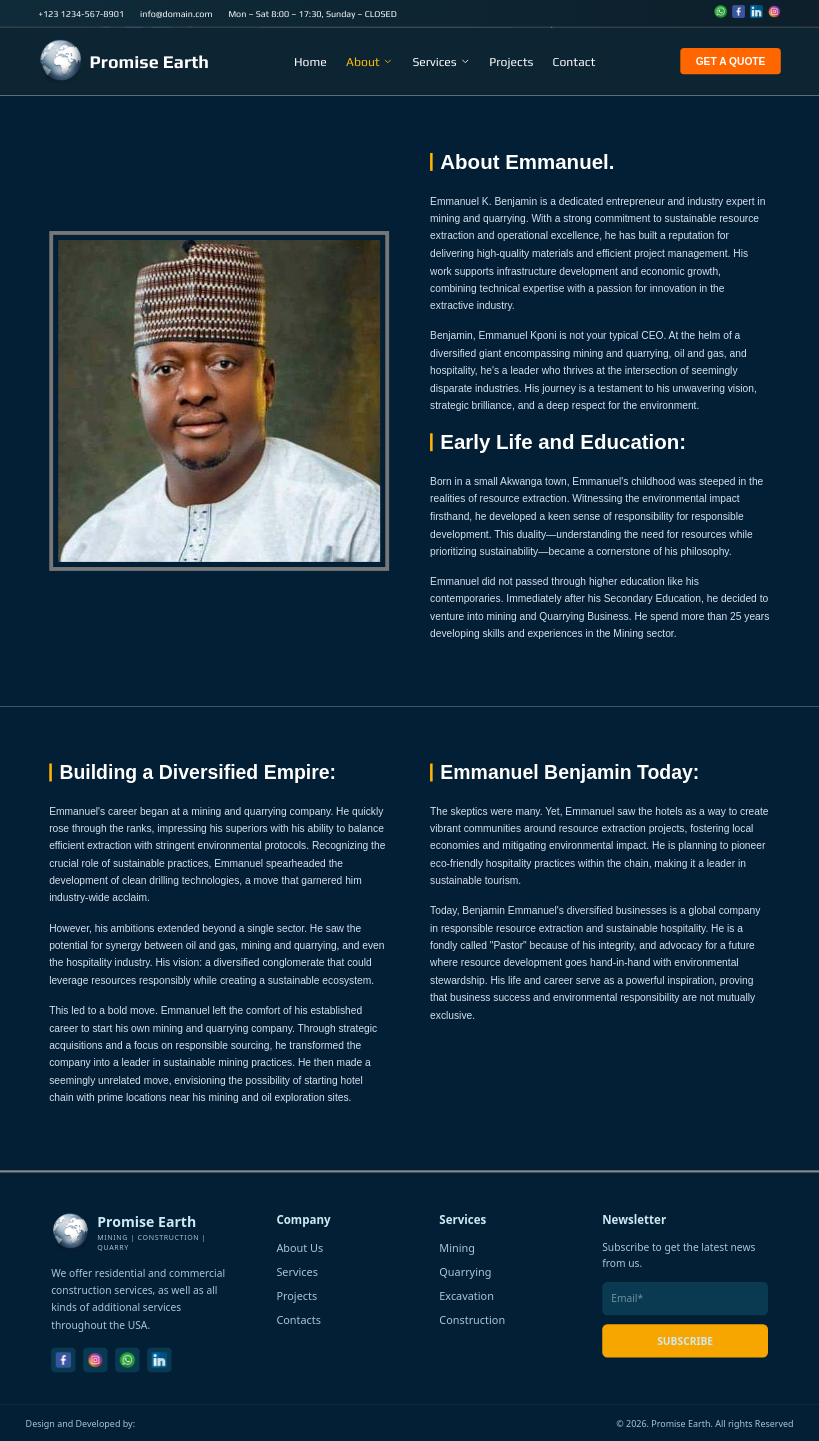
Repository: KC-Minchakpu/promise-earth
Page: /Emmanuel
The author's editor kept a copy of each file at every save. The page is drawn from the files as they stood at one save, then again after the next save.
The browser window is 1280 px wide. The pictures show the whole page, at 64% of full size.
The project was rebuilt for these pictures with package versions that can differ from the ones it lists, and the page was loaded fresh each time. The framework's server and built-in components were replaced by stand-ins that run in the browser. Also part of the build but not shown: next.config.ts.

Above is the page before, as saved 2026-02-27 20:24:39.

### src/app/layout.tsx
import type { Metadata } from "next";
import { Play, Poppins } from "next/font/google";
import "./globals.css";
import Header from "@/components/Header/Header";
import Footer from "@/components/Footer/Footer";

const play = Play({
  variable: "--font-play",
  subsets: ["latin"],
  weight: ["400", "700"],
});

const poppins = Poppins({
  variable: "--font-poppins",
  subsets: ["latin"],
  weight: ["300", "400", "500", "600", "700"],
});

export const metadata: Metadata = {
  title: "Promise Earth | Home",
  description: "Promise Earth is a construction company that delivers high-quality projects with expertise and dedication.",
};

export default function RootLayout({
  children,
}: Readonly<{
  children: React.ReactNode;
}>) {
  return (
    <html lang="en">
      <body
        className={`${play.variable} ${poppins.variable} antialiased`}
      >
        <Header />
        {children}
        <Footer />
      </body>
    </html>
  );
}

### src/app/Emmanuel/page.tsx
import AboutEmmanuel from "@/components/About/AboutEmmanuel";
import AboutEmmanuel2 from "@/components/About/AboutEmmanuel2";

export default function EmmanuelPage() {
  return (
    <>
      <AboutEmmanuel />
      <AboutEmmanuel2 />
    </>
  );
}

### src/app/globals.css
@import "tailwindcss";

:root {
  --background: #ffffff;
  --foreground: #171717;
}


@media (prefers-color-scheme: dark) {
  :root {
    --background: #0a0a0a;
    --foreground: #ededed;
  }
}

body {
  background: var(--background);
  color: var(--foreground);
  font-family: Arial, Helvetica, sans-serif;
}

### src/components/Footer/Footer.tsx
// Footer.tsx
import styles from "./Footer.module.css";
import Link from "next/link";
import Image from "next/image";

export default function Footer() {
  return (
    <footer className={styles.footer}>
      <div className={styles.container}>
        {/* Column 1 */}
        <div className={styles.colBrand}>
          <div className={styles.logoRow}>
            <Image
            src="/images/globe.png"
            alt="Promise Earth logo"
            width={60}
            height={60}
            className={styles.logoImage}
            priority
            />
            <div>
              <div className={styles.brand}>Promise Earth</div>
              <div className={styles.subBrand}>MINING | CONSTRUCTION | QUARRY</div>
            </div>
          </div>

          <p className={styles.desc}>
            We offer residential and commercial construction services, as well
            as all kinds of additional services throughout the USA.
          </p>

          <div className={styles.socials}>
      <a
        href="https://www.facebook.com/yourpage"
        target="_blank"
        rel="noopener noreferrer"
        aria-label="Facebook"
        className={styles.social}
      >
        <Image
          src="/icons/facebook.png"
          alt="Facebook"
          width={24}
          height={24}
        />
      </a>

      <a
        href="https://www.instagram.com/yourpage"
        target="_blank"
        rel="noopener noreferrer"
        aria-label="Instagram"
        className={styles.social}
      >
        <Image
          src="/icons/instagram.png"
          alt="Instagram"
          width={24}
          height={24}
        />
      </a>

      <a
        href="https://whatsapp.com/yourpage"
        target="_blank"
        rel="noopener noreferrer"
        aria-label="WhatsApp"
        className={styles.social}
      >
        <Image
          src="/icons/whatsapp.png"
          alt="WhatsApp"
          width={24}
          height={24}
        />
      </a>

      <a
        href="https://www.linkedin.com/@yourchannel"
        target="_blank"
        rel="noopener noreferrer"
        aria-label="LinkedIn"
        className={styles.social}
      >
        <Image
          src="/icons/linkedin.png"
          alt="LinkedIn"
          width={24}
          height={24}
        />
      </a>
    </div>
        </div>

        {/* Column 2 */}
        <div className={styles.col}>
          <h4 className={styles.heading}>Company</h4>
          <ul className={styles.links}>
            <li><Link href="/sectors" className={styles.link}>About Us</Link></li>
            <li><Link href="/services" className={styles.link}>Services</Link></li>
            <li><Link href="/projects" className={styles.link}>Projects</Link></li>
            <li><Link href="/contacts" className={styles.link}>Contacts</Link></li>
          </ul>
        </div>

        {/* Column 3 */}
        <div className={styles.col}>
          <h4 className={styles.heading}>Services</h4>
          <ul className={styles.links}>
            <li><Link href="/services/project-management" className={styles.link}>Mining</Link></li>
            <li><Link href="/services/design-build" className={styles.link}>Quarrying</Link></li>
            <li><Link href="/services/remodeling" className={styles.link}>Excavation</Link></li>
            <li><Link href="/services/construction" className={styles.link}>Construction</Link></li>
          </ul>
        </div>

        {/* Column 4 */}
        <div className={styles.colNewsletter}>
          <h4 className={styles.heading}>Newsletter</h4>
          <p className={styles.newsText}>
            Subscribe to get the latest news from us.
          </p>

          <input
            type="email"
            placeholder="Email*"
            className={styles.input}
          />
          <button className={styles.button}>SUBSCRIBE</button>
        </div>
      </div>

      <div className={styles.bottomBar}>
        <span>Design and Developed by: </span>
        <span>&copy; 2026. Promise Earth. All rights Reserved</span>
      </div>
    </footer>
  );
}

### src/components/About/AboutEmmanuel.tsx
import Image from "next/image";
import styles from "./AboutEmmanuel.module.css";

const AboutEmmanuel = () => {
  return (
    <section className={styles.about}>
      <div className={styles.container}>
        {/* Image */}
        <div className={styles.imageWrapper}>
          <Image
            src="/images/team-1.jpg"
            alt="Emmanuel K. Benjamin"
            width={520}
            height={620}
            className={styles.image}
          />
        </div>

        {/* Content */}
        <div className={styles.content}>
          <h2 className={styles.heading}>
            <span className={styles.accent} /> About Emmanuel.
          </h2>

          <p>
            Emmanuel K. Benjamin is a dedicated entrepreneur and industry expert in mining and quarrying.
            With a strong commitment to sustainable resource extraction and operational excellence,
            he has built a reputation for delivering high-quality materials and efficient project
            management. His work supports infrastructure development and economic growth, combining
            technical expertise with a passion for innovation in the extractive industry.
          </p>

          <p>
            Benjamin, Emmanuel Kponi is not your typical CEO. At the helm of a diversified giant
            encompassing mining and quarrying, oil and gas, and hospitality, he&apos;s a leader who
            thrives at the intersection of seemingly disparate industries. His journey is a testament
            to his unwavering vision, strategic brilliance, and a deep respect for the environment.
          </p>
          <h2 className={styles.heading}>
            <span className={styles.accent} /> Early Life and Education:
          </h2>

          <p>
            Born in a small Akwanga town, Emmanuel&apos;s childhood was steeped in the realities of
            resource extraction. Witnessing the environmental impact firsthand, he developed a keen
            sense of responsibility for responsible development. This duality—understanding the need
            for resources while prioritizing sustainability—became a cornerstone of his philosophy.
          </p>

            <p>
                Emmanuel did not passed through higher education like his contemporaries. Immediately
                after his Secondary Education, he decided to venture into mining and Quarrying Business.
                He spend more than 25 years developing skills and experiences in the Mining sector.
            </p>

        </div>
      </div>
    </section>
  );
};

export default AboutEmmanuel;

### src/components/About/AboutEmmanuel2.tsx
import styles from "./AboutEmmanuel2.module.css";

const AboutEmmanuel2 = () => {
  return (
    <section className={styles.section}>
      <div className={styles.container}>
        {/* Column 1 */}
        <div className={styles.column}>
          <h2 className={styles.heading}>
            <span className={styles.accent} /> Building a Diversified Empire:
          </h2>

          <p>
            Emmanuel&apos;s career began at a mining and quarrying company. He quickly rose through the
            ranks, impressing his superiors with his ability to balance efficient extraction with
            stringent environmental protocols. Recognizing the crucial role of sustainable practices,
            Emmanuel spearheaded the development of clean drilling technologies, a move that garnered
            him industry-wide acclaim.
          </p>

          <p>
            However, his ambitions extended beyond a single sector. He saw the potential for synergy
            between oil and gas, mining and quarrying, and even the hospitality industry. His vision:
            a diversified conglomerate that could leverage resources responsibly while creating a
            sustainable ecosystem.
          </p>
          <p>
            This led to a bold move. Emmanuel left the comfort of his established career to start his
            own mining and quarrying company. Through strategic acquisitions and a focus on responsible
            sourcing, he transformed the company into a leader in sustainable mining practices. He
            then made a seemingly unrelated move, envisioning the possibility of starting hotel chain
            with prime locations near his mining and oil exploration sites.
          </p>
        </div>

        {/* Column 2 */}
        <div className={styles.column}>
          <h2 className={styles.heading}>
            <span className={styles.accent} /> Emmanuel Benjamin Today:
          </h2>

          <p>
            The skeptics were many. Yet, Emmanuel saw the hotels as a way to create vibrant
            communities around resource extraction projects, fostering local economies and mitigating
            environmental impact. He is planning to pioneer eco-friendly hospitality practices
            within the chain, making it a leader in sustainable tourism.
          </p>

          <p>
            Today, Benjamin Emmanuel&apos;s diversified businesses is a global company in responsible
            resource extraction and sustainable hospitality. He is a fondly called &quot;Pastor&quot;
            because of his integrity, and advocacy for a future where resource development goes
            hand-in-hand with environmental stewardship. His life and career serve
            as a powerful inspiration, proving that business success and environmental responsibility
            are not mutually exclusive.
          </p>
        </div>
      </div>
    </section>
  );
};

export default AboutEmmanuel2;

### src/components/Header/Header.module.css
.header {
  position: sticky;
  top: 0;
  z-index: 9999;
  transition: all 0.3s ease;
}

.scrolled {
  box-shadow: 0 6px 20px rgba(0, 0, 0, 0.15);
}

.topBar {
  background: linear-gradient(to right, #0f2b3a, #0c1f2a);
  color: #ffffff;
  font-size: 14px;
  font-family: "Play", sans-serif;
  border-bottom: 1px solid #888888;
}

.topContainer {
  max-width: 1200px;
  margin: auto;
  padding: 8px 20px;
  display: flex;
  justify-content: space-between;
  align-items: center;
}

.topLeft span {
  margin-right: 25px;
}

.topRight a {
  margin-left: 8px;
  display: inline-block;
}

/* NAVBAR */
.navbar {
  background: #0d2533;
  color: white;
}

.navContainer {
  max-width: 1200px;
  margin: auto;
  padding: 18px 20px;
  display: flex;
  align-items: center;
  justify-content: space-between;
}

/* LOGO */
.logo {
  display: flex;
  align-items: center;
  gap: 10px;
  font-size: 28px;
  font-weight: bold;
  font-family: "Play", sans-serif;
  text-decoration: none;
  color: white;
}

/* NAV LINKS */
.navLinks {
  display: flex;
  align-items: center;
  gap: 30px;
}

.navLinks a {
  color: white;
  text-decoration: none;
  font-size: 19px;
  font-weight: 500;
  transition: color 0.3s ease;
  font-family: "Play", sans-serif;
}

.navLinks a:hover {
  color: #ffae00;
}


.active {
  color: #ffbb00 !important;
}


.active svg {
  stroke: #ffbb00;
}


/* DROPDOWN */
.dropdown {
  position: relative;
}


.dropBtn {
  background: none;
  border: none;
  display: flex;
  align-items: center;
  gap: 5px;
  cursor: pointer;
  text-decoration: none;
}

.dropdownMenu {
  position: absolute;
  top: 100%;
  left: 0;
  margin-top: 0;
  background: #111111;
  min-width: 250px;
  border-radius: 6px;
  box-shadow: 0 10px 25px rgba(0, 0, 0, 0.15);
  opacity: 0;
  transform: translateY(10px);
  pointer-events: none;
  transition: all 0.25s ease;
}

.showDropdown {
  opacity: 1;
  transform: translateY(0);
  pointer-events: auto;
}

.dropdownMenu a {
  display: block;
  padding: 12px 18px;
  color: #ffffff;
  text-decoration: none;
  transition: all 0.3s ease;
  font-size: 16px;
}

.dropdownMenu a:hover {
   background: #1a1a1a;
   color: #ffc400;
}

.dropdownMenu a.active {
  background: #1a1a1a;
}

/* CTA */
.cta a {
  background: #ff6600;
  padding: 12px 24px;
  border-radius: 6px;
  color: white;
  text-decoration: none;
  font-weight: bold;
  transition: all 0.3s ease;
}

.cta a:hover {
  background: #e65c00;
  transform: translateY(-2px);
}

/* MOBILE */
.mobileToggle {
  display: none;
  cursor: pointer;
}

@media (max-width: 992px) {
  .navLinks {
    position: absolute;
    top: 80px;
    left: 0;
    width: 100%;
    background: #0d2533;
    flex-direction: column;
    padding: 20px;
    display: none;
  }

  .show {
    display: flex;
  }

  .cta {
    display: none;
  }

  .mobileToggle {
    display: block;
  }

  .dropdown {
    width: 100%;
    text-align: center;
  }

  .dropBtn {
    justify-content: center;
    width: 100%;
    padding: 10px 0;
  }

  .dropdownMenu {
    position: relative;
    top: 0;
    box-shadow: none;
    opacity: 1;
    transform: none;
    pointer-events: auto;
    background: #112f40;
    width: 100%;
    display: none;
  }

  .showDropdown {
    display: block;
  }

  .dropdownMenu a {
    color: white;
    text-align: center;
  }
}

### src/components/Footer/Footer.module.css
.footer {
  background: #031f35;
  color: #cfe8f3;
  padding-top: 60px;
  font-family: system-ui, -apple-system, Segoe UI, Roboto, sans-serif;
  border-top: 3px solid #888888;
}

.container {
  max-width: 1200px;
  margin: 0 auto;
  display: grid;
  grid-template-columns: 1.5fr 1fr 1fr 1.2fr;
  gap: 60px;
  padding: 0 40px 50px;
}

.logoRow {
  display: flex;
  align-items: center;
  gap: 12px;
  margin-bottom: 18px;
}

.logoIcon {
  font-size: 34px;
}

.brand {
  font-size: 22px;
  font-weight: 700;
}

.subBrand {
  font-size: 11px;
  letter-spacing: 1px;
  opacity: 0.8;
}

.desc {
  margin-top: 10px;
  line-height: 1.7;
  color: #a9c7d6;
}

.socials {
  margin-top: 22px;
  display: flex;
  gap: 12px;
}

.social {
  width: 38px;
  height: 38px;
  display: grid;
  place-items: center;
  background: #0a3a52;
  border-radius: 6px;
  cursor: pointer;
  font-size: 14px;
}

.heading {
  font-size: 18px;
  font-weight: 700;
  margin-bottom: 18px;
}

.links {
  list-style: none;
  font-family: "Play" sans-serif;
  font-size: 17px;
  padding: 0;
  margin: 0;
  display: grid;
  gap: 12px;
  color: #a9c7d6;
}
 .links :hover {
    color: #f7a600;
    text-decoration: underline;
 }

.colNewsletter {
  display: flex;
  flex-direction: column;
}

.newsText {
  color: #a9c7d6;
  margin-bottom: 18px;
}

.input {
  background: #0a3a52;
  border: none;
  padding: 14px;
  border-radius: 8px;
  color: #cfe8f3;
  margin-bottom: 14px;
}

.button {
  background: #f7a600;
  border: none;
  padding: 14px;
  border-radius: 8px;
  font-weight: 700;
  cursor: pointer;
}

.bottomBar {
  border-top: 1px solid rgba(255,255,255,0.1);
  display: flex;
  justify-content: space-between;
  padding: 18px 40px;
  color: #a9c7d6;
  font-size: 14px;
}

### src/components/About/AboutEmmanuel.module.css
.about {
  background: #031f35;
  padding: 5rem 6%;
}

.container {
  display: grid;
  grid-template-columns: 1fr 1fr;
  gap: 4rem;
  align-items: center;
}

.imageWrapper {
  border: 6px solid #777777;
  padding: 0.5rem;
}

.image {
  width: 100%;
  height: auto;
  display: block;
}

.content {
  color: #d6e2f0;
}

.heading {
  display: flex;
  align-items: center;
  font-size: 2rem;
  font-weight: 800;
  color: #ffffff;
  margin-bottom: 1.5rem;
}

.accent {
  width: 4px;
  height: 28px;
  background-color: #ffb400;
  margin-right: 0.75rem;
}

.content p {
  line-height: 1.7;
  margin-bottom: 1.25rem;
  font-size: 1rem;
}

.list {
  margin-top: 1.5rem;
  list-style: none;
  padding: 0;
}

.list li {
  position: relative;
  padding-left: 1.25rem;
  margin-bottom: 0.75rem;
  font-size: 0.95rem;
}

.list li::before {
  content: "–";
  position: absolute;
  left: 0;
  color: #00b4ff;
  font-weight: 700;
}

/* Responsive */
@media (max-width: 900px) {
  .container {
    grid-template-columns: 1fr;
  }

  .imageWrapper {
    max-width: 500px;
    margin: 0 auto;
  }
}

### src/components/About/AboutEmmanuel2.module.css
.section {
  background: #031f35;
  padding: 5rem 6%;
}

.container {
  display: grid;
  grid-template-columns: 1fr 1fr;
  gap: 4rem;
}

.column {
  color: #d6e2f0;
}

.heading {
  display: flex;
  align-items: center;
  font-size: 1.9rem;
  font-weight: 800;
  color: #ffffff;
  margin-bottom: 1.5rem;
}

.accent {
  width: 4px;
  height: 28px;
  background-color: #ffb400;
  margin-right: 0.75rem;
}

.column p {
  font-size: 1rem;
  line-height: 1.7;
  margin-bottom: 1.25rem;
}

/* Responsive */
@media (max-width: 900px) {
  .container {
    grid-template-columns: 1fr;
  }
}

Loaded but not shown: src/components/Header/Header.tsx (151 lines, source omitted)

After the next save:
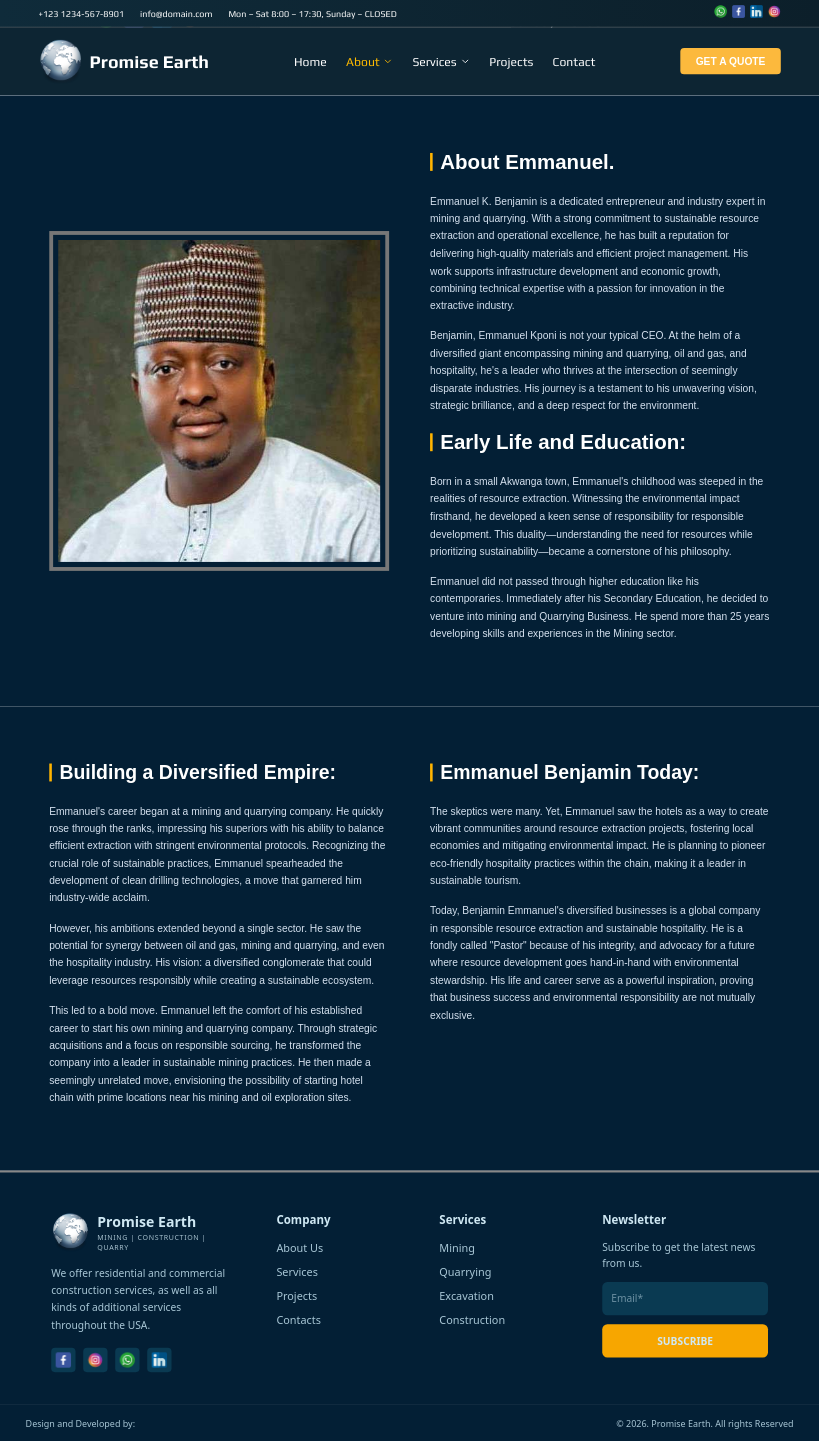
Saved 3 min 24 s later.
--- a/src/components/Header/Header.module.css
+++ b/src/components/Header/Header.module.css
@@ -150,7 +150,7 @@
 
 /* CTA */
 .cta a {
-  background: #ff6600;
+  background: #fcb93d;
   padding: 12px 24px;
   border-radius: 6px;
   color: white;
@@ -160,7 +160,7 @@
 }
 
 .cta a:hover {
-  background: #e65c00;
+  background: #e6b000;
   transform: translateY(-2px);
 }
 

After the save that followed:
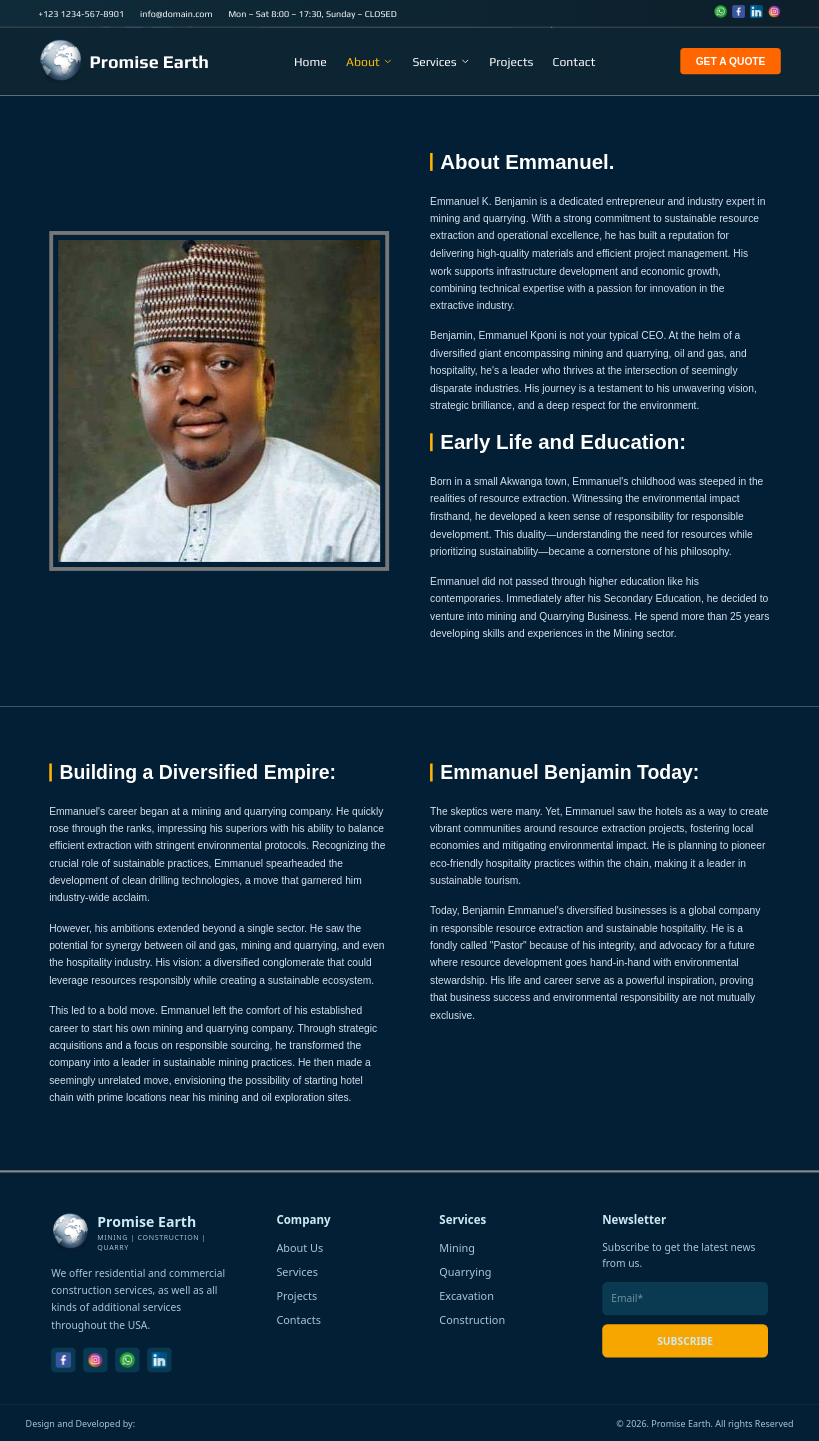
Saved 28 s later.
--- a/src/components/Header/Header.module.css
+++ b/src/components/Header/Header.module.css
@@ -150,7 +150,7 @@
 
 /* CTA */
 .cta a {
-  background: #fcb93d;
+  background: #ff6600;
   padding: 12px 24px;
   border-radius: 6px;
   color: white;
@@ -160,7 +160,7 @@
 }
 
 .cta a:hover {
-  background: #e6b000;
+  background: #e65c00;
   transform: translateY(-2px);
 }
 
